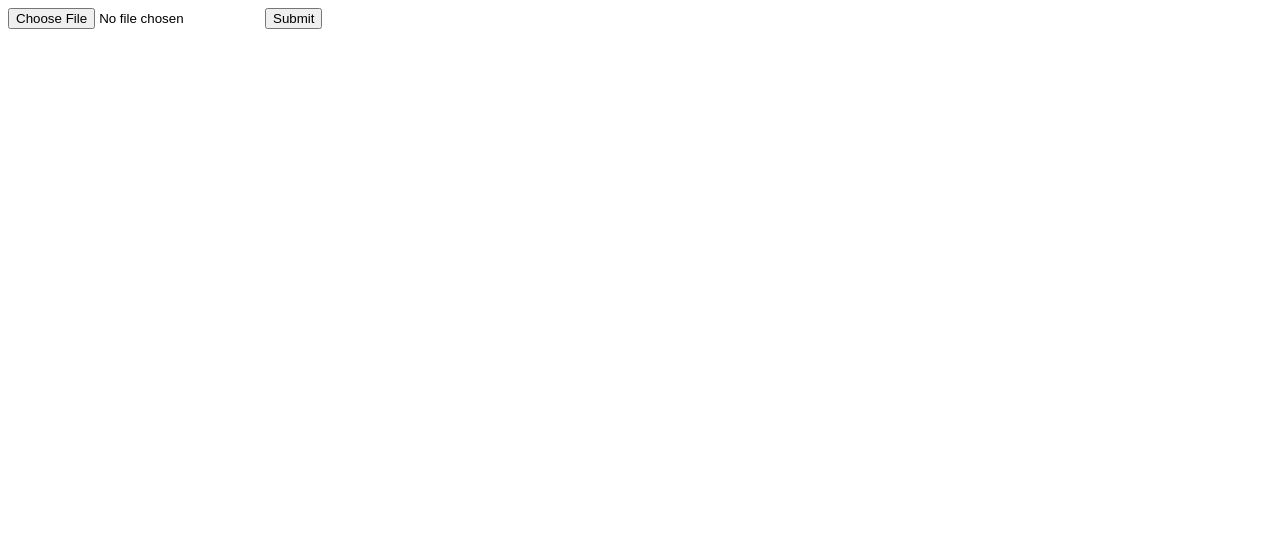
Repository: RajatPalankar8/nodejs_bucket_ball_task_new
Page: http://localhost/
These files come from the project's save history. The page is drawn as it stood at one moment and after the next save; the edit follows.
The browser window is 1280 px wide. The pictures show the whole page.
The page is served by the project's Node server (index.js).

Above is the page before, as saved 2023-07-17 00:00:48.

After the next save:
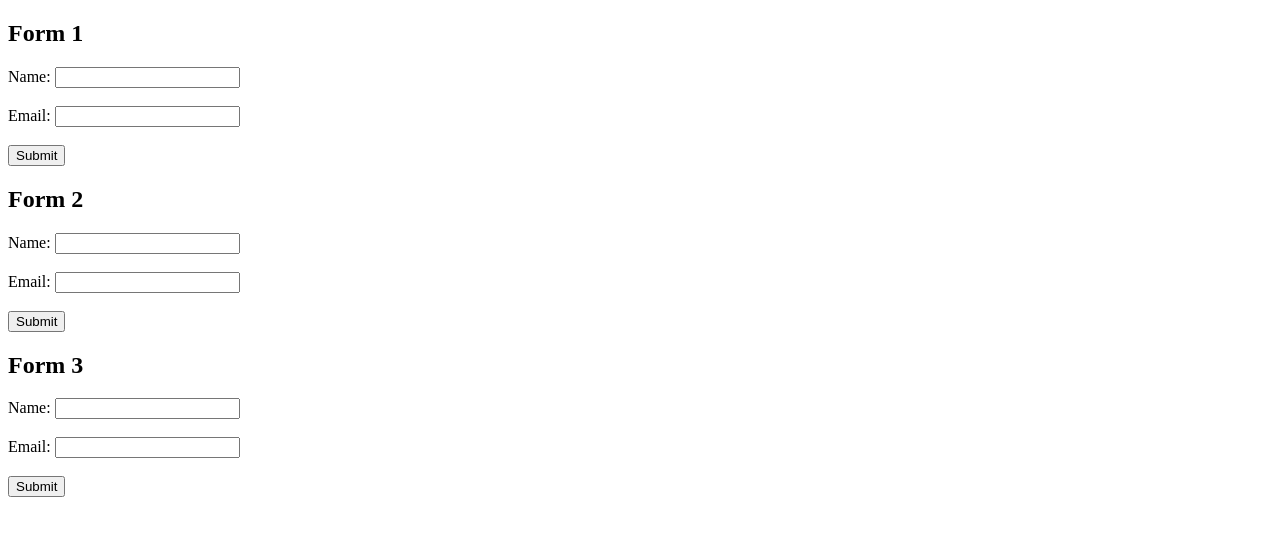
Saved 10 h 14 min later.
--- a/views/index.ejs
+++ b/views/index.ejs
@@ -1,31 +1,77 @@
 <!DOCTYPE html>
-<html lang="en">
-  <head>
-    <meta charset="UTF-8" />
-    <meta name="viewport" content="width=device-width, initial-scale=1.0" />
-    <link
-      href="https://fonts.googleapis.com/css2?family=Lato:wght@100;400;700;900&display=swap"
-      rel="stylesheet"
-    />
-    <link
-      href="https://stackpath.bootstrapcdn.com/font-awesome/4.7.0/css/font-awesome.min.css"
-      rel="stylesheet"
-      integrity="sha384-wvfXpqpZZVQGK6TAh5PVlGOfQNHSoD2xbE+QkPxCAFlNEevoEH3Sl0sibVcOQVnN"
-      crossorigin="anonymous"
-    />
-    <!-- style.css file path in the line below. -->
-    <link rel="stylesheet" href="/css/style.css" />
-    <!-- -------------------------------------- -->
-    <title>Multer Tutorial</title>
-  </head>
-  <body>
-    <main class="admin">
-      <div class="admin__upload-file">
-        <form action="/api/uploadFile" enctype="multipart/form-data" method="POST">
-            <input type="file" class="admin__input" id="myFile" name="myFile" />
-            <input class="admin__submit" type="submit" />
-          </form>
-      </div>
-    </main>
-  </body>
+<html>
+<head>
+  <title>Multiple Forms Example</title>
+</head>
+<body>
+  <form id="form1">
+    <h2>Form 1</h2>
+    <label for="name1">Name:</label>
+    <input type="text" id="name1" name="name1" required><br><br>
+    <label for="email1">Email:</label>
+    <input type="email" id="email1" name="email1" required><br><br>
+    <input type="submit" value="Submit">
+    <p id="form1-response"></p>
+  </form>
+
+  <form id="form2">
+    <h2>Form 2</h2>
+    <label for="name2">Name:</label>
+    <input type="text" id="name2" name="name2" required><br><br>
+    <label for="email2">Email:</label>
+    <input type="email" id="email2" name="email2" required><br><br>
+    <input type="submit" value="Submit">
+    <p id="form2-response"></p>
+  </form>
+
+  <form id="form3">
+    <h2>Form 3</h2>
+    <label for="name3">Name:</label>
+    <input type="text" id="name3" name="name3" required><br><br>
+    <label for="email3">Email:</label>
+    <input type="email" id="email3" name="email3" required><br><br>
+    <input type="submit" value="Submit">
+    <p id="form3-response"></p>
+  </form>
+
+  <script src="https://cdn.jsdelivr.net/npm/axios/dist/axios.min.js"></script>
+  <script>
+    // Function to handle form submission
+    function handleSubmit(event) {
+      event.preventDefault(); // Prevent the default form submission
+
+      // Get the form data
+      const form = event.target;
+      const formData = new FormData(form);
+
+      // Convert form data to JSON object
+      const jsonData = {};
+      formData.forEach((value, key) => {
+        jsonData[key] = value;
+      });
+
+      // Make a POST request to the backend API
+      axios.post('/api/submit', jsonData)
+        .then(response => {
+          // Handle the API response
+          const formId = form.id;
+          const responseElement = document.getElementById(`${formId}-response`);
+          responseElement.textContent = response.data.message;
+        })
+        .catch(error => {
+          console.error(error); // Handle any errors
+        });
+    }
+
+    // Attach event listeners to the forms
+    const form1 = document.getElementById('form1');
+    form1.addEventListener('submit', handleSubmit);
+
+    const form2 = document.getElementById('form2');
+    form2.addEventListener('submit', handleSubmit);
+
+    const form3 = document.getElementById('form3');
+    form3.addEventListener('submit', handleSubmit);
+  </script>
+</body>
 </html>
